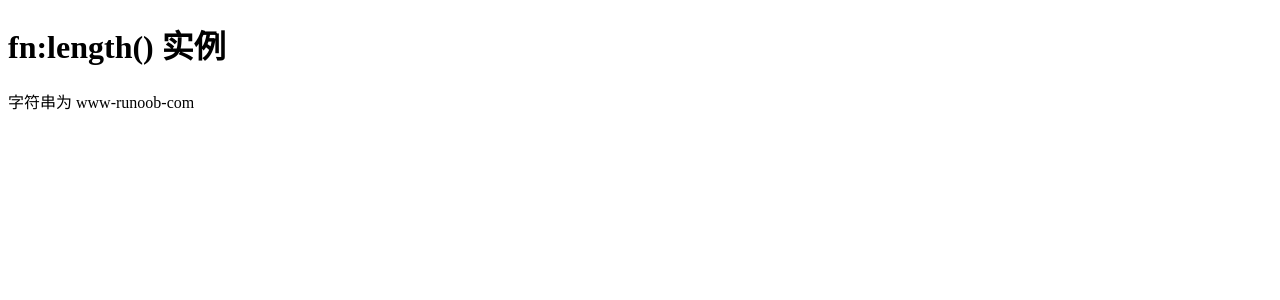
Repository: eterinfi/java
Page: http://localhost/JSPDemo/JSTLDemo/functions/fn_length.jsp
An editor plug-in stored every save of this project. The page is shown before and after the next save, followed by the edit.
The browser window is 1280 px wide. The pictures show the whole page.
The page is served by Tomcat 9.

Above is the page before, as saved 2016-11-16 05:03:59.

After the next save:
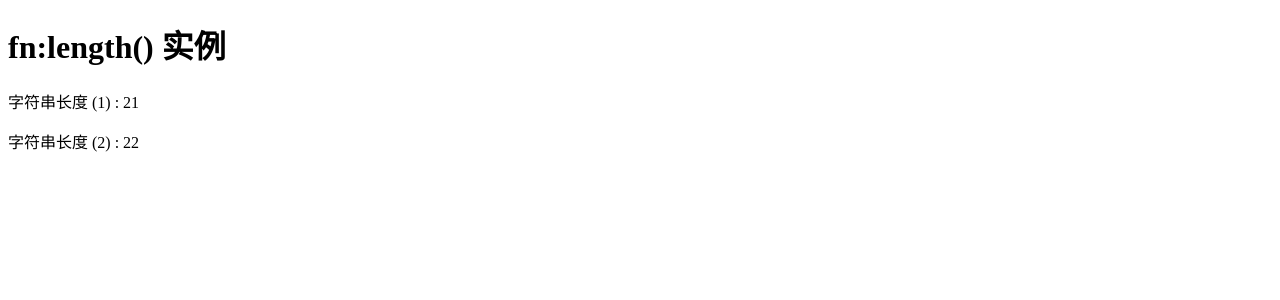
Saved 77 s later.
--- a/jee/JSPDemo/WebContent/JSTLDemo/functions/fn_length.jsp
+++ b/jee/JSPDemo/WebContent/JSTLDemo/functions/fn_length.jsp
@@ -10,9 +10,9 @@
 </head>
 <body>
   <h1>fn:length() 实例</h1>
-  <c:set var="string1" value="www runoob com"/>
-  <c:set var="string2" value="${fn:split(string1, ' ')}" />
-  <c:set var="string3" value="${fn:join(string2, '-')}" />
-  <p>字符串为 ${string3}</p>
+  <c:set var="string1" value="This is first String."/>
+  <c:set var="string2" value="This is second String." />
+  <p>字符串长度 (1) : ${fn:length(string1)}</p>
+  <p>字符串长度 (2) : ${fn:length(string2)}</p>
 </body>
 </html>
